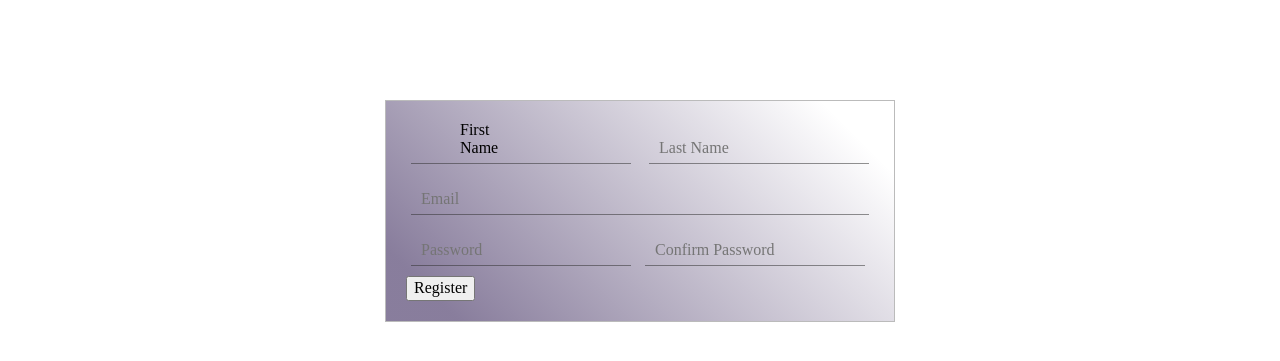
Repository: AMAmine89/vanilla-projects
Page: formo/index.html
These files come from the project's save history. The page is drawn as it stood at one moment and after the next save; the edit follows.
The browser window is 1280 px wide. The pictures show the whole page.

Above is the page before, as saved 2021-05-05 06:26:36.

### formo/index.html
<!DOCTYPE html>
<html lang="en">
<head>
    <meta charset="UTF-8">
    <meta http-equiv="X-UA-Compatible" content="IE=edge">
    <meta name="viewport" content="width=device-width, initial-scale=1.0">
    <link rel="stylesheet" href="css/normalize.css">
    <link rel="stylesheet" href="style.css">
    <title>Formo</title>
</head>
<body>
    <section>
        <form>
            <div class="double-block">
                <input type="text" name="first-name" id="first-name">
                <label for="first-name">First Name</label>
                <input type="text" name="last-name" placeholder="Last Name">
            </div>
            <div>
                <input type="email" name="email" placeholder="Email">
            </div>
            <div class="double-block">
                <input type="password" name="password" placeholder="Password">
                <input type="password" name="confirm-password" placeholder="Confirm Password">
            </div>
            <div>
                <input type="submit" value="Register">
            </div>
        </form>
    </section>
</body>
</html>

### formo/style.css
section {
    display: flex;
    justify-content: center;
    margin-top: 100px;
}

form {
    background: linear-gradient(45deg, rgba(42, 22, 78, 0.555) 10%, white 90%);
    padding: 20px;
    border: 1px solid rgb(187, 187, 187);
    border-radius: 0%;
    -webkit-border-radius: 0%;
    -moz-border-radius: 0%;
    -ms-border-radius: 0%;
    -o-border-radius: 0%;
}


input:not(input[type="submit"]) {
    padding: 5px 10px;
    height: 20px;
    background: transparent;
    border-top: none;
    border-right: none;
    border-left: none;
    border-bottom: solid 1px rgba(49, 49, 49, 0.527);
    margin: 10px 5px;
    outline: none;
}

input[type="email"] {
    width: -webkit-fill-available;
}

input:not(input[type="submit"])::after {
    content: '';
    width: 0;
    display: block;
    height: 1px;
    color: rgb(49, 49, 49);
    border-bottom: solid 1px;
    transition: width .3s ease-in-out;
    -webkit-transition: width .3s ease-in-out;
    -moz-transition: width .3s ease-in-out;
    -ms-transition: width .3s ease-in-out;
    -o-transition: width .3s ease-in-out;
}

input:not(input[type="submit"]):focus::after {
    width: 100%;
}

input:not(input[type="submit"]):focus + label {
    bottom: 20px;
}

label {
    width: 0;
    display: inline-block;
    position: relative;
    bottom: auto;
    left: -180px;
    transition: bottom .7s ease-in-out;
    -webkit-transition: bottom .7s ease-in-out;
    -moz-transition: bottom .7s ease-in-out;
    -ms-transition: bottom .7s ease-in-out;
    -o-transition: bottom .7s ease-in-out;
}

Loaded but not shown: formo/normalize.css (library)

After the next save:
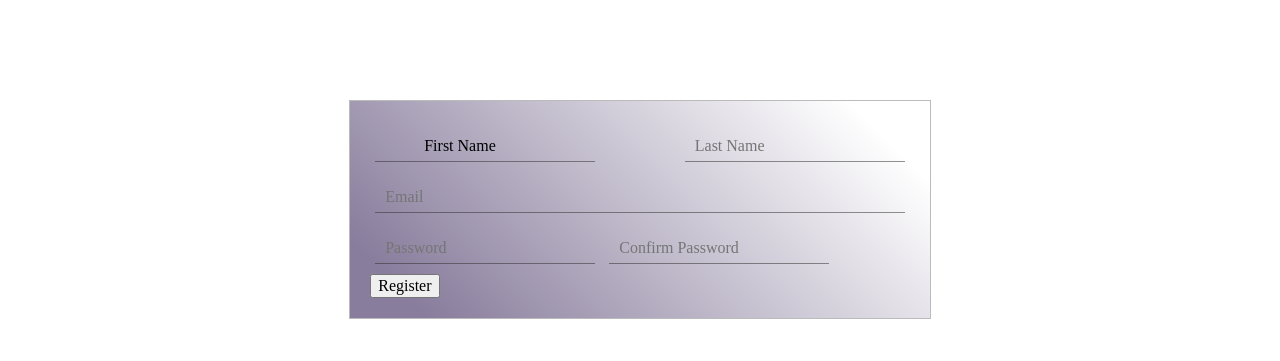
Saved 12 s later.
--- a/formo/style.css
+++ b/formo/style.css
@@ -55,7 +55,6 @@ input:not(input[type="submit"]):focus + label {
 }
 
 label {
-    width: 0;
     display: inline-block;
     position: relative;
     bottom: auto;
